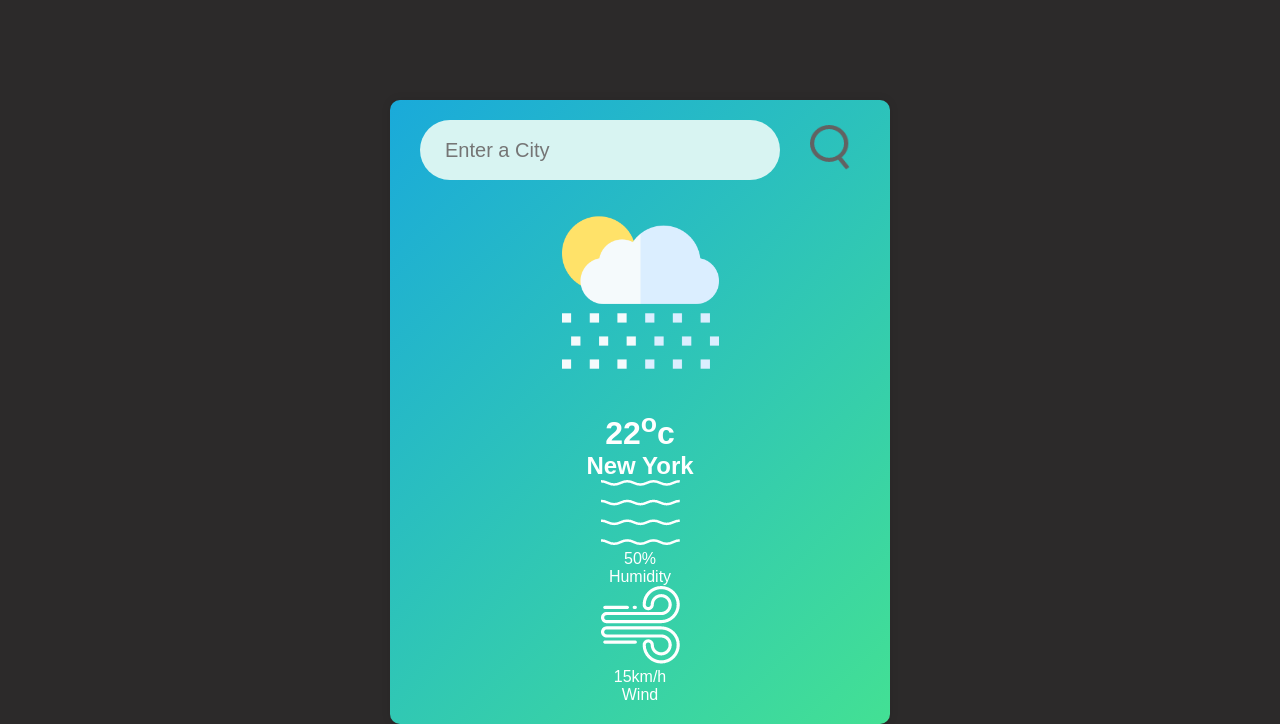
Repository: Haakim19/weatherApp
Page: index.html
An editor plug-in stored every save of this project. The page is shown before and after the next save, followed by the edit.
The browser window is 1280 px wide. The pictures show the whole page.

Above is the page before, as saved 2024-11-16 21:17:21.

### index.html
<!DOCTYPE html>
<html lang="en">
<head>
    <meta charset="UTF-8">
    <meta name="viewport" content="width=device-width, initial-scale=1.0">
    <title>Weather App</title>
    <link rel="stylesheet" href="style.css">
</head>
<body>
    <div class="card">
        <div class="search">
            <input type="text" placeholder="Enter a City" spellcheck="false">
            <button><img src="images/search.png"></button>
        </div>
        <div class="weather">
            <img src="images/rain.png" class="weather-icon">
            <h1 class="temp">22<sup>o</sup>c</h1>
            <h2 class="city">New York</h2>
        </div>
        <div class="details">
            <div class="col">
                <img src="images/humidity.png">
            </div>
            <div>
                <p class="humidity">50%</p>
                <p>Humidity</p>
            </div>

            <div class="col">
                <img src="images/wind.png">
            </div>
            <div>
                <p class="wind">15km/h</p>
                <p>Wind</p>
            </div>

        </div>
    </div>
</body>
</html>

### style.css
*{
    margin: 0;
    padding: 0;
    box-sizing: border-box;
    font-family: 'Poppins', sans-serif;
}

body{
    background: #2c2a2a;
}
.card{
    width: 90%;
    max-width: 500px;
    color: #fff;
    background:linear-gradient(135deg, #1aaada 0%, #43e094 100%);
    margin: 100px auto 0 ;
    border-radius: 10px;
    padding: 20px 30px;
    text-align: center;
    box-shadow: 0 0 10px rgba(0,0,0,0.1);
}
.search{
    width: 100%;
    display: flex;
    justify-content: space-between;
    align-items: center;
}
.search input{
    border:0;
    outline:0;
    background: #d8f4f2;
    padding: 10px 25px;
    border-radius: 40px;
    flex: 1;
    margin-right: 20px;
    font-size: 20px;
    height: 60px;
}
.search button{
    border:0;
    outline:0;
    background:none;
    /* padding: 10px 20px; */
    border-radius: 50%;
    font-size: 20px;
    cursor: pointer;
    height: 60px;
    width: 60px;
}
.search button img{
    width: 40px;
    height: 45px;

}
.wea

After the next save:
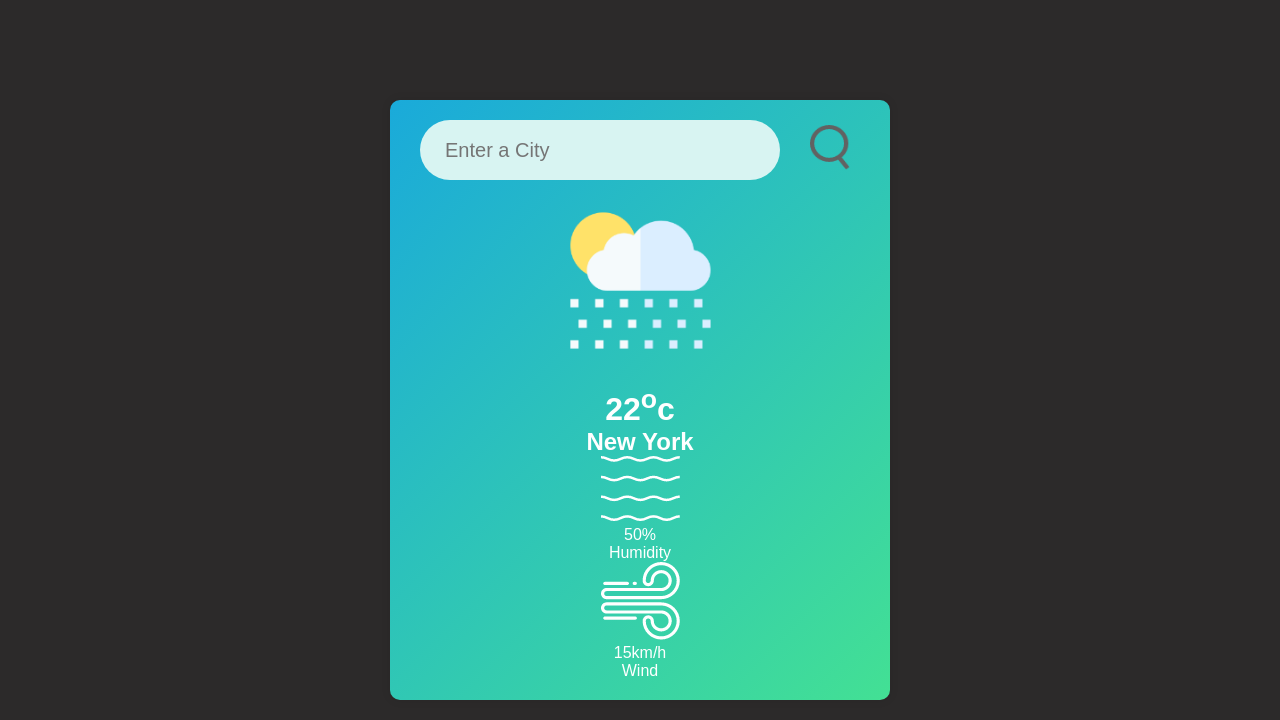
Saved 35 s later.
--- a/style.css
+++ b/style.css
@@ -52,4 +52,7 @@ body{
     height: 45px;
 
 }
-.wea
+.weather-icon{
+    width:200px;
+
+}
